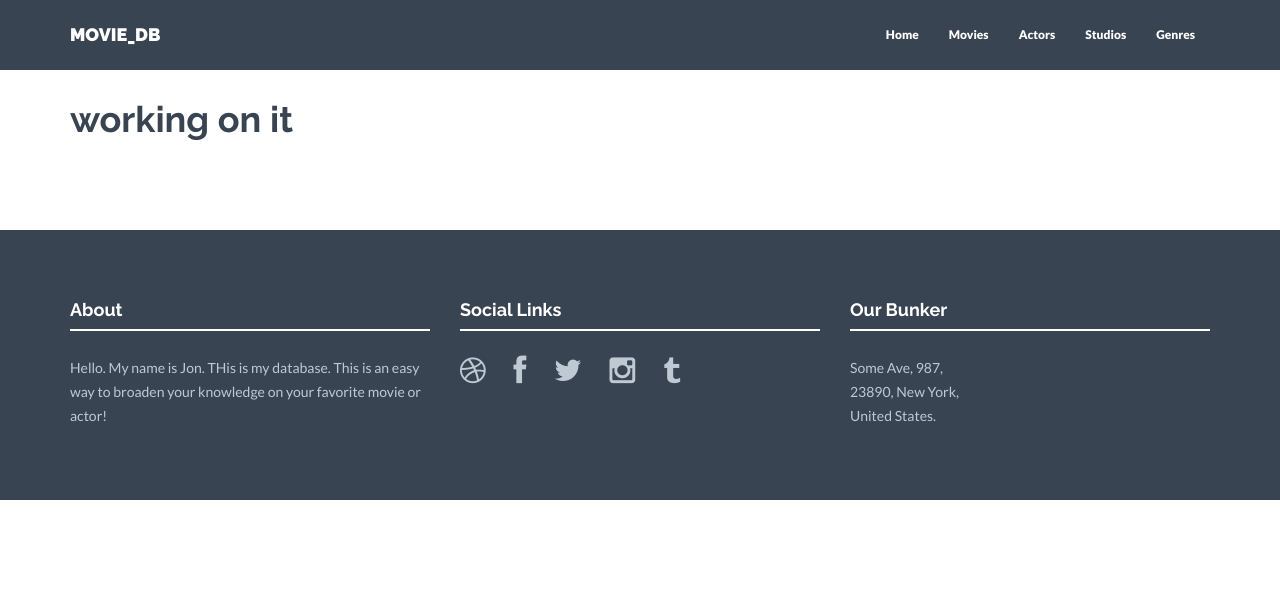
Repository: jonak91/Buzzerd-index
Page: http://localhost/genre.php?gID=1
The author's editor kept a record of every edit. The page is drawn from the files as they stood at one moment, then again after the next edit.
The browser window is 1280 px wide. The pictures show the whole page.
Some web libraries are served in a nearby version. The page is run by PHP 8.4 with error messages shown; the project is at /var/www/html/. The database holds what the project's SQL file puts in it.

Above is the page before.
Not found: assets/js/modernizr.js

After the next edit:
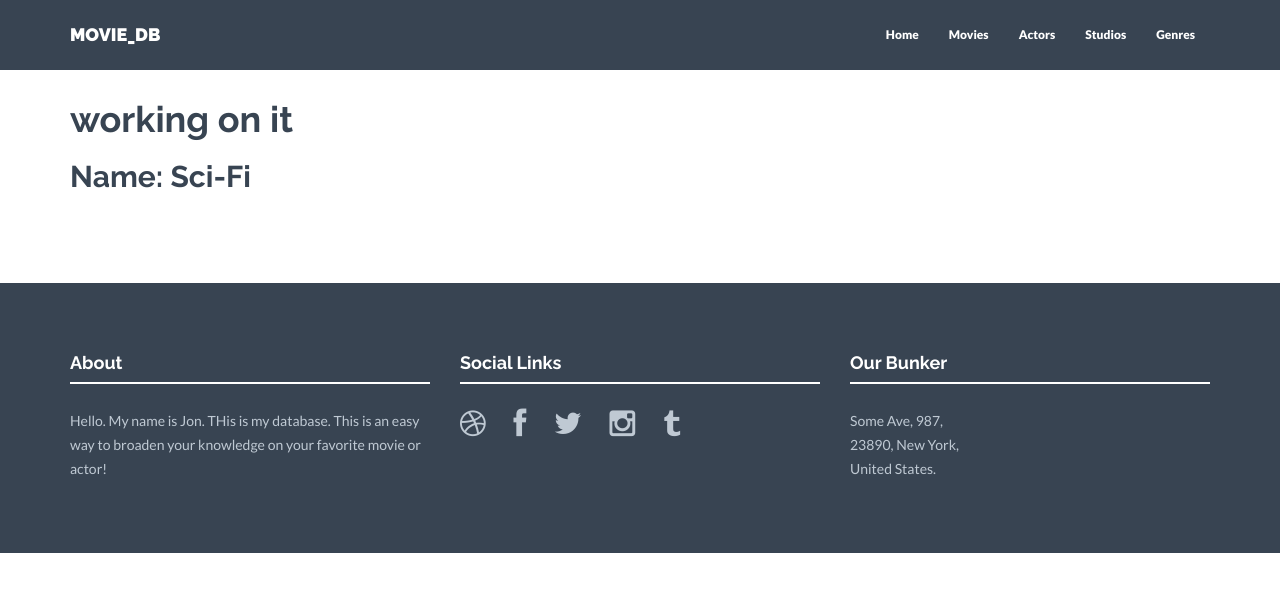
The edit:
--- a/genre.php
+++ b/genre.php
@@ -13,6 +13,8 @@
 	 		<div class="col-lg-8">
 	 			<h1>working on it</h1>
 
+	 			<h2>Name: <?php echo $genre['name']; ?></h2>
+
 			</div><! --/ MAIN CONTENT AREA -->
 
 	 	</div><! --/row -->
